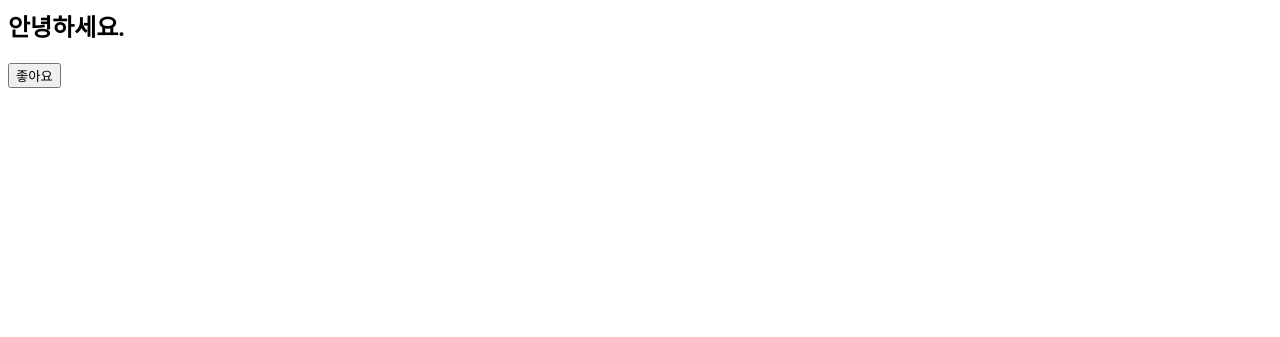
Repository: siyul-jh/React_Study
Page: babel/simple1.html
These files come from the project's save history. The page is drawn as it stood at one moment and after the next save; the edit follows.
The browser window is 1280 px wide. The pictures show the whole page.

Above is the page before, as saved 2020-10-05 16:28:00.

### babel/simple1.html
<html>
    <body>
        <h2> 안녕하세요. </h2>
        <div id="root"></div>
        <script src="react.development.js"></script>
        <script src="react-dom.development.js"></script>
        <script src="simple1.js"></script>
    </body>
</html>

### babel/simple1.js
function LikeButton() {
    const [liked, setLiked] = React.useState(false);
    const text = liked ? '좋아요 취소' : '좋아요';
    return React.createElement(
        'button',
        { onClick : () => setLiked(!liked)},
        text,
    );
}
const domContainer = document.getElementById('root');
ReactDOM.render(React.createElement(LikeButton), domContainer);

Loaded but not shown: babel/react-dom.development.js (library); babel/react.development.js (3318 lines, source omitted)

After the next save:
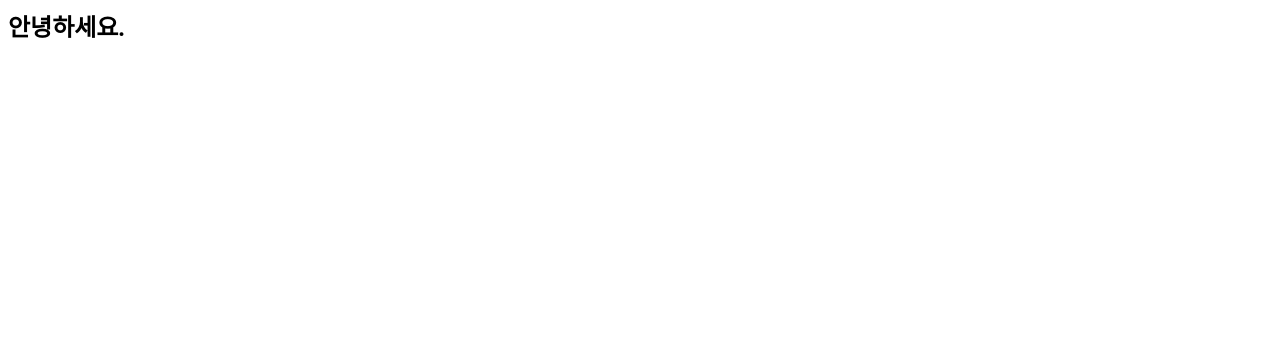
Console error (its wording comes from the project's code and is left out).
Saved 3 min 22 s later.
--- a/babel/simple1.js
+++ b/babel/simple1.js
@@ -7,5 +7,9 @@ function LikeButton() {
         text,
     );
 }
-const domContainer = document.getElementById('root');
-ReactDOM.render(React.createElement(LikeButton), domContainer);
+const domContainer1 = document.getElementById('root1');
+ReactDOM.render(React.createElement(LikeButton), domContainer1);
+const domContainer2 = document.getElementById('root2');
+ReactDOM.render(React.createElement(LikeButton), domContainer2);
+const domContainer3 = document.getElementById('root3');
+ReactDOM.render(React.createElement(LikeButton), domContainer3);

After the save that followed:
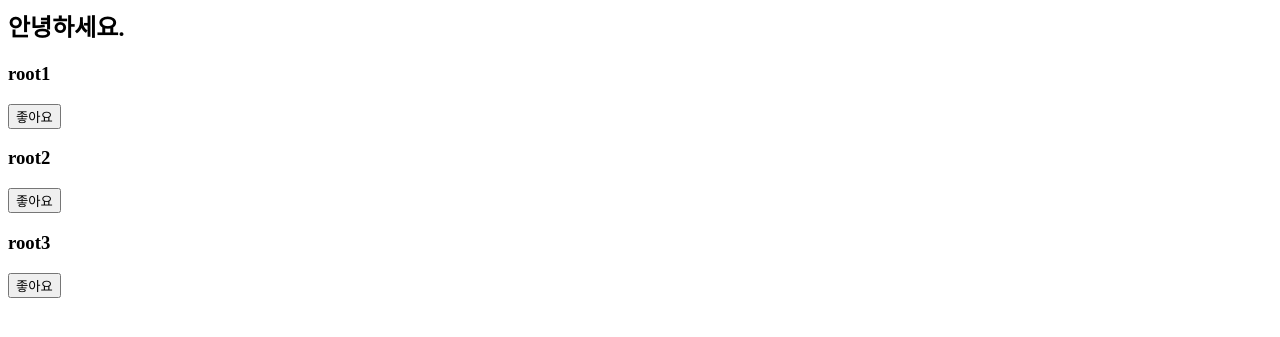
The error is gone.
Saved 2 s later.
--- a/babel/simple1.html
+++ b/babel/simple1.html
@@ -1,7 +1,12 @@
 <html>
     <body>
         <h2> 안녕하세요. </h2>
-        <div id="root"></div>
+        <h3>root1</h3>
+        <div id="root1"></div>
+        <h3>root2</h3>
+        <div id="root2"></div>
+        <h3>root3</h3>
+        <div id="root3"></div>
         <script src="react.development.js"></script>
         <script src="react-dom.development.js"></script>
         <script src="simple1.js"></script>
